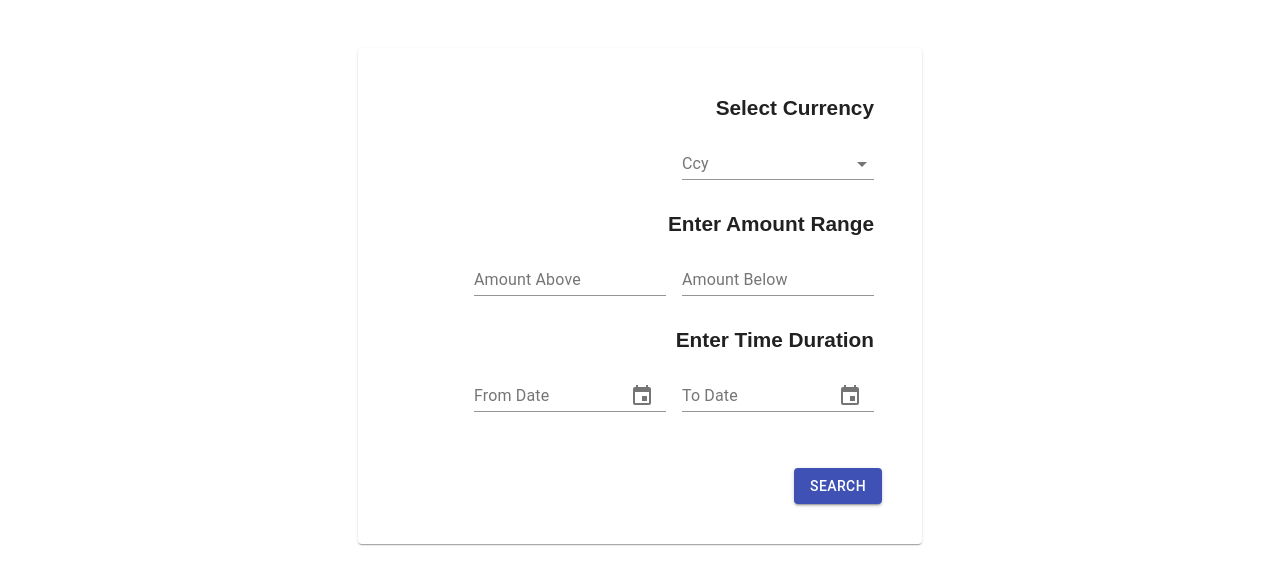
Repository: AmanullaChishty/filter
Page: /
These files come from the project's save history. The page is drawn as it stood at one moment and after the next save; the edit follows.
The browser window is 1280 px wide. The pictures show the whole page.
The project was rebuilt for these pictures with package versions that can differ from the ones it lists, and the page was loaded fresh each time. Imported but missing from the stored project, and not drawn on this page: src/reducers/simpleReducer.

Above is the page before, as saved 2020-01-26 21:43:35.

### src/index.js
import React from 'react';
import ReactDOM from 'react-dom';

// Required for Redux store setup
import { Provider } from 'react-redux'
import configureStore from './store';

import './index.css';
import App from './App';
import registerServiceWorker from './registerServiceWorker';

ReactDOM.render(
  <Provider store={configureStore()}>
    <App />
  </Provider>,
  document.getElementById('root')
);
registerServiceWorker();

### src/store.js
import { createStore, applyMiddleware } from 'redux';
import thunk from 'redux-thunk';
import rootReducer from './reducers/rootReducer';

export default function configureStore(initialState={}) {
  return createStore(
    rootReducer,
    applyMiddleware(thunk)
  );
}

### src/App.js
import React, { Component } from 'react';
import './App.css';
import GridList from './gridList'
import SearchBar from './searchBar/components/searchBar';



/**
 * @class App
 * @extends {Component}
 */
class App extends Component {



  /**
   * @memberof App
   * @summary handles button click
   */


  render() {
    return (
      <div className="App">
        <SearchBar/>
        <GridList/>
      </div>
    );
  }
}

export default App;

### src/reducers/rootReducer.js
import { combineReducers } from 'redux';
import simpleReducer from './simpleReducer';
import searchReducer from '../searchBar/reducers/searchReducer'

export default combineReducers({
  simpleReducer,
  searchReducer
});

### src/gridList.js
import React, { Component } from 'react';
import { connect } from 'react-redux';
import MUIDataTable from "mui-datatables";
import { getSearchCriteria, getSearchData } from './searchBar/selectors/searchSelectors';


const headers = [{ name: "invoice_id", label: "Invoice id", options: { filter: true, sort: true, } },{ name: "reference", label: "Reference", options: { filter: true, sort: true, } },
{ name: "maturity_date", label: "Maturity Date", options: { filter: true, sort: true, } },{ name: "invoice_amount", label: "Invoice Amount", options: { filter: true, sort: true, } },
{ name: "ccy", label: "CCY", options: { filter: true, sort: true, } },{ name: "buyer", label: "Buyer", options: { filter: true, sort: true, } },
{ name: "supplier", label: "Supplier", options: { filter: true, sort: true, } },{ name: "invoice_date", label: "Invoice Date", options: { filter: true, sort: true, } },]

const options = {
  filterType: "checkbox",
  responsive: "stacked",
}

class GridList extends Component {
  render() {
    const {result,seacrhedData} = this.props;

    if(seacrhedData){
      if(seacrhedData.startDate){
        let date=new Date(seacrhedData.startDate)
        let yyyy = date.getFullYear();
        let mm =date.getMonth()+1
        let dd=date.getDate();
        seacrhedData.startDate = dd+'/'+ mm +'/'+yyyy;

      }
      if(seacrhedData.endDate){
        let date=new Date(seacrhedData.endDate)
        let yyyy = date.getFullYear();
        let mm =date.getMonth()+1
        let dd=date.getDate();
        seacrhedData.endDate = dd+'/'+ mm +'/'+yyyy;

      }
    }
    const title=('Currency '+seacrhedData.ccy + ' Invoices with value between '+ seacrhedData.ccy+ ' '+ seacrhedData.lowerLimit +' - '+ seacrhedData.upperLimit +' maturing between '+seacrhedData.startDate+' and '+ seacrhedData.endDate)

    if(result.length>0){
      result.forEach(item=>{
        if(item.maturity_date){
          let date=new Date(item.maturity_date*1000)
          let yyyy = date.getFullYear();
          let mm =date.getMonth()+1
          let dd=date.getDate();
            item.maturity_date = dd+'/'+ mm +'/'+yyyy;

        }
      })
    }
    return (
     <div>
       {result.length>0?(<MUIDataTable
            title={title}
            data={result}
            columns={headers}
            options={options}

          />):null}
     </div>
    );
  }
}


const mapStateToProps=state=> {
  return {
      result: getSearchData(state),
      seacrhedData:getSearchCriteria(state)
      };
}


export default connect(mapStateToProps)(GridList);

### src/searchBar/components/searchBar.js
import React, { Component, Fragment } from 'react';
import { connect } from 'react-redux';
import { bindActionCreators } from 'redux';
import { fetchData } from '../actions/fetchData';
import { search } from '../actions/searchAction';
import { getData, getSearchData } from '../selectors/searchSelectors';
import InputLabel from '@material-ui/core/InputLabel';
import MenuItem from '@material-ui/core/MenuItem';
import FormControl from '@material-ui/core/FormControl';
import Select from '@material-ui/core/Select';
import { Grid, Card, CardContent,CardActions, Input, Button, InputAdornment } from '@material-ui/core';
import DateFnsUtils from '@date-io/date-fns';
import { KeyboardDatePicker, MuiPickersUtilsProvider } from "@material-ui/pickers";
import 'date-fns';


let ccy=''

class SearchBar extends Component {

  constructor(props){
    super(props);
    this.handleChange=this.handleChange.bind(this)
    this.setLowerLimit=this.setLowerLimit.bind(this)
    this.setUpperLimit=this.setUpperLimit.bind(this)
    this.setStartDate=this.setStartDate.bind(this)
    this.setEndDate=this.setEndDate.bind(this)
    this.submitSearch=this.submitSearch.bind(this)
    this.state = {
      ccy:'',
      lowerLimit:'',
      upperLimit:'',
      startDate:null,
      endDate:null,
      storeStartDate:null,
      storeEndDate:null

    }
  }

  componentDidMount() {

    }



  handleChange(event){
    let val = event.target.value
      this.setState({ccy:val})
  };

  setLowerLimit(event){
    let val = event.target.value
    this.setState({lowerLimit:val});
  }

  setUpperLimit(event){
    let val = event.target.value
    this.setState({upperLimit:val})

  }
  setStartDate(event){
    let val = Math.floor(event.getTime()/1000)
    this.setState({storeStartDate:val})
    this.setState({startDate:event})

  }

  setEndDate(event){
    let val = Math.floor(event.getTime()/1000)
    this.setState({storeEndDate:val})
    this.setState({endDate:event})

  }

  submitSearch(){
    const { fetchAllData,searchData } = this.props;
    fetchAllData();
    setTimeout(()=>{searchData(this.state)},100)

  }


  render() {
    const sectionGrid={ display: 'flex', justifyContent: 'end', alignItems: 'end', flexDirection: 'column', marginBottom: '2em' }
    const sectionLabel = { fontSize: '1.3em', fontWeight: 'bold', marginBottom: '-.2em' }
    const innerSection={ display: 'flex', justifyContent: 'center', alignItems: 'center', }
    const formControlStyle={ width: '12em', marginTop: '1em' }
    const formControlStyleLeft={ width: '12em', marginTop: '1em', marginLeft: '1em' }
    const {ccy,lowerLimit,upperLimit,startDate,endDate} = this.state

    return (
      <Grid style={{display:'flex',justifyContent:'center',alignItems:'center',flexDirection:'column'}}>
    <Card style={{maxWidth:500,width:'100%',padding:'2em',margin:'3em'}}>
      <CardContent>
            <Grid style={sectionGrid}>
              <span style={sectionLabel}>Select Currency</span>
              <FormControl style={formControlStyle} >

                <InputLabel id="ccy">
                  Ccy
                </InputLabel>
                <Select
                  labelId="ccy"
                  id="simple-select"
                  value={ccy}
                  onChange={this.handleChange}>
                  <MenuItem value={'USD'}>USD</MenuItem>
                  <MenuItem value={'INR'}>INR</MenuItem>
                  <MenuItem value={'JPY'}>JPY</MenuItem>
                  <MenuItem value={'RYD'}>RYD</MenuItem>
                </Select>
              </FormControl>
            </Grid>

            <Grid style={sectionGrid}>
              <span style={sectionLabel}>Enter Amount Range</span>
              <Grid style={innerSection}>
                <FormControl style={formControlStyle} >

                  <InputLabel id="ccy">
                    Amount Above
                  </InputLabel>
                  <Input
                  type='number'
                  value={lowerLimit}
                  startAdornment={ccy!=''?(<InputAdornment position="start">{ccy}</InputAdornment>):null}
                  onChange={this.setLowerLimit}/>
                </FormControl>
                <FormControl style={formControlStyleLeft} >
                  <InputLabel id="ccy">
                    Amount Below
                  </InputLabel>
                  <Input
                  type='number'
                  value={upperLimit}
                  startAdornment={ccy!=''?(<InputAdornment position="start">{ccy}</InputAdornment>):null}
                  onChange={this.setUpperLimit} />
                </FormControl>
              </Grid>
            </Grid>

            <Grid style={sectionGrid}>
              <span style={sectionLabel}>Enter Time Duration</span>
              <Grid style={innerSection}>
                <FormControl style={formControlStyle} >
                  <Fragment>
                    <MuiPickersUtilsProvider utils={DateFnsUtils}>
                      <KeyboardDatePicker
                        label="From Date"
                        clearable
                        value={startDate}
                        placeholder="Select from date"
                        onChange={this.setStartDate}
                        format="dd/MM/yyyy"
                      />
                    </MuiPickersUtilsProvider>
                  </Fragment>
                </FormControl>
                <FormControl style={formControlStyleLeft} >
                <Fragment>
                    <MuiPickersUtilsProvider utils={DateFnsUtils}>
                      <KeyboardDatePicker
                        label="To Date"
                        clearable
                        value={endDate}
                        placeholder="Select end date"
                        onChange={this.setEndDate}
                        format="dd/MM/yyyy"
                      />
                    </MuiPickersUtilsProvider>
                  </Fragment>
                </FormControl>
              </Grid>
            </Grid>

      </CardContent>
      <CardActions style={{float:'right'}}>
        <Button variant="contained" color="primary" onClick={this.submitSearch}>
          Search
        </Button>
      </CardActions>
      </Card>
    </Grid>
    );
  }
}


const mapStateToProps=state=> {
    return {
        value: getSearchData(state),
        content:getData(state)
        };
  }

const mapDispatchToProps = dispatch => bindActionCreators({
    searchData: search,
    fetchAllData:fetchData,
}, dispatch)


export default connect(mapStateToProps, mapDispatchToProps)(SearchBar);

### src/searchBar/reducers/searchReducer.js
import { SEARCH, SUCCESS } from '../actions/searchAction';

const initialState = {contents: [], value: '', serachedValue: []};

export default function searchReducer(state = initialState, action) {
  switch(action.type) {
    case SUCCESS: {
      const {contents} = action;
      return {
        ...state,
        contents:contents
      };
    }
    case SEARCH: {
      const {value} = action;
      let filteredData=[value]
      const serachedData = state.contents.filter((val) => filteredData.find(
        ({ccy,lowerLimit,upperLimit,storeStartDate,storeEndDate})=>(
          val.ccy === ccy && val.invoice_amount>lowerLimit && val.invoice_amount<upperLimit && val.maturity_date>storeStartDate && val.maturity_date<storeEndDate
          )
        ));

      return {
        ...state,
        value:value,
        serachedValue:serachedData
      };
    }
    default:
      return state;
  }
}

### src/searchBar/selectors/searchSelectors.js
import { createSelector } from 'reselect';

export const getSearchData = createSelector(
    state => state.searchReducer.serachedValue,
    serachedValue => serachedValue
)

export const getSearchCriteria = createSelector(
    state => state.searchReducer.value,
    value => value
)

export const getData = createSelector(
    state => state.searchReducer.contents,
    contents=>contents
)

### src/searchBar/actions/fetchData.js
import { getData } from "./searchAction";

//https://my.api.mockaroo.com/tallydata.json?key=1e3baa20
function fetchData() {
    return dispatch => {
        fetch('data1.json')
        .then(res => res.json())
        .then(res => {
            if(res.error) {
                throw(res.error);
            }
            dispatch(getData(res));

            return res;
        })
        .catch(error => {
            alert(error);
        })
    }
}

export { fetchData };

### src/searchBar/actions/searchAction.js
export const SEARCH = 'SEARCH';
export const SUCCESS = 'SUCCESS'

export function search(value) {
  return {
      type: SEARCH,
      value:value
    };
}

export function getData(res) {
  return {
      type: SUCCESS,
      contents:res
    };
}

Loaded but not shown: public/index.html (common file); src/index.css (common file); src/registerServiceWorker.js (common file); src/App.css (common file)

After the next save:
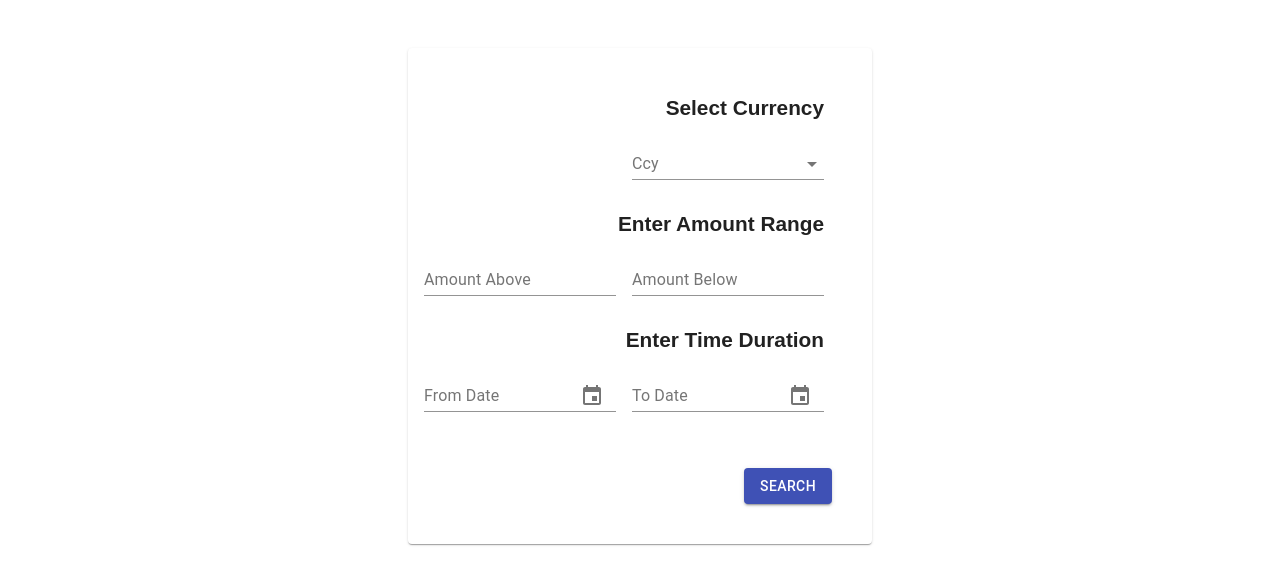
Saved 16 s later.
--- a/src/searchBar/components/searchBar.js
+++ b/src/searchBar/components/searchBar.js
@@ -91,7 +91,7 @@ class SearchBar extends Component {
 
     return (
       <Grid style={{display:'flex',justifyContent:'center',alignItems:'center',flexDirection:'column'}}>
-    <Card style={{maxWidth:500,width:'100%',padding:'2em',margin:'3em'}}>
+    <Card style={{maxWidth:400,width:'100%',padding:'2em',margin:'3em'}}>
       <CardContent>
             <Grid style={sectionGrid}>
               <span style={sectionLabel}>Select Currency</span>
